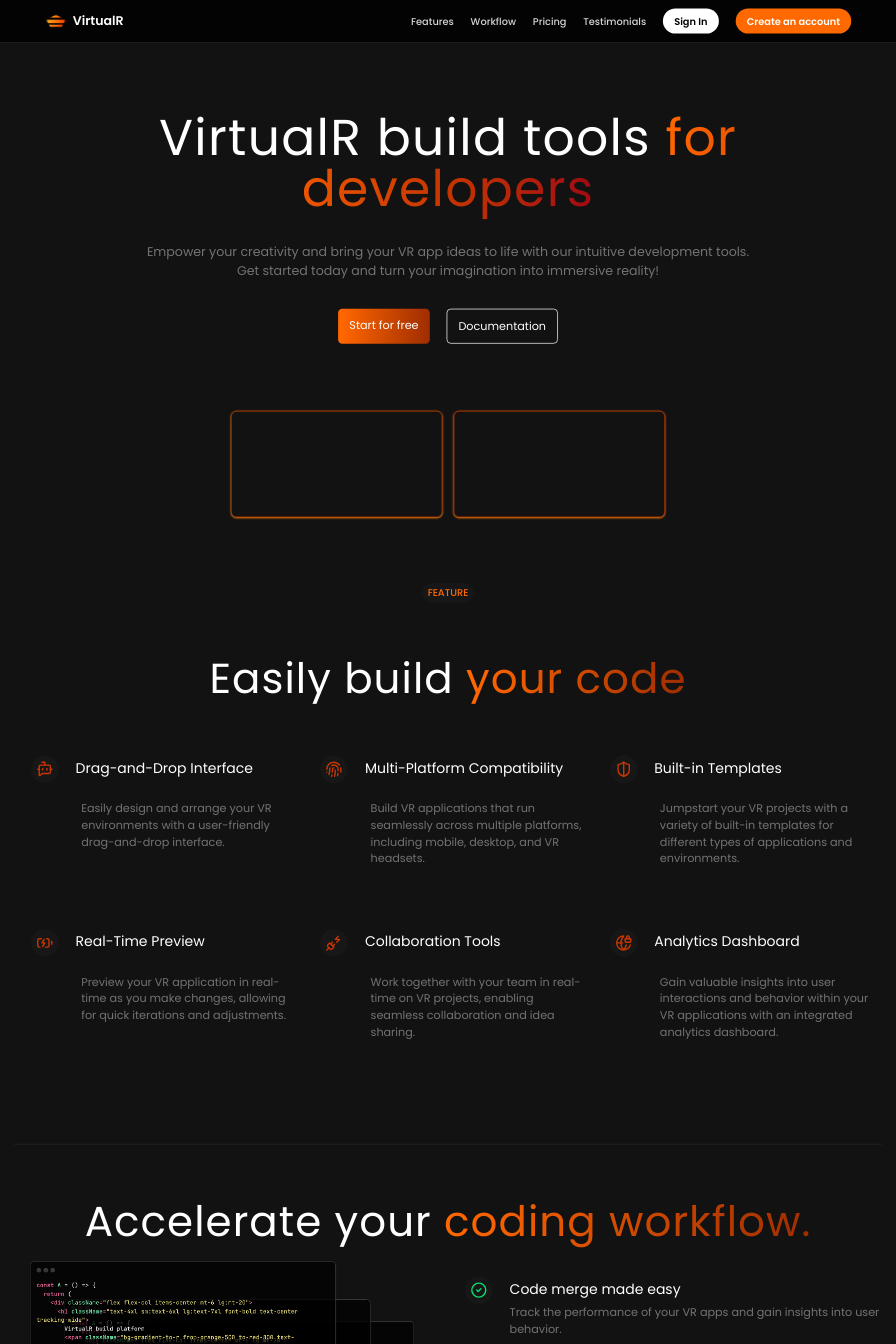
Repository: Khushichugh14/Virtualab
Page: /
An editor plug-in stored every save of this project. The page is shown before and after the next save, followed by the edit.
The browser window is 1280 px wide. The pictures show the part of the page from y = 0 to 1920 px (the page is 4334 px tall before and 4242 px after), at 70% of full size.
Pictures or frames that could not be fetched are drawn as grey boxes. The project was rebuilt for these pictures with package versions that can differ from the ones it lists, and the page was loaded fresh each time. Also part of the build but not shown: vite.config.js, src/pages/StartFree.jsx, src/pages/Documentation.jsx, src/pages/CreatAccount.jsx, src/pages/SignIn.jsx. Imported but missing from the stored project, and not drawn on this page: src/assets/video1.mp4, src/assets/video2.mp4.

Above is the page before, as saved 2025-12-10 12:39:41.

### index.html
<!doctype html>
<html lang="en">
  <head>
    <meta charset="UTF-8" />
    <link rel="icon" type="image/svg+xml" href="/vite.svg" />
    <meta name="viewport" content="width=device-width, initial-scale=1.0" />
    <title>virtular</title>
  </head>
  <body>
    <div id="root"></div>
    <script type="module" src="/src/main.jsx"></script>
  </body>
</html>

### src/main.jsx
import React from "react";
import ReactDOM from "react-dom/client";
import App from "./App";
import { BrowserRouter } from "react-router-dom";
import "./index.css";
import { Toaster } from "react-hot-toast";

ReactDOM.createRoot(document.getElementById("root")).render(
  <React.StrictMode>
    <BrowserRouter>
      <App />
       <Toaster position="top-right" />
    </BrowserRouter>
  </React.StrictMode>
);

### src/App.jsx
// App.jsx
import Navbar from "./components/Navbar";

import StartFree from "./pages/StartFree";
import Documentation from "./pages/Documentation";
import CreateAccount from "./pages/CreatAccount";
import SignIn from "./pages/SignIn";

import { Routes, Route } from "react-router-dom";
import HomePage from "./pages/HomePage";

const App = () => {
  return (
    <>
      <Navbar />

      <Routes>
        {/* Landing page */}
        <Route path="/" element={<HomePage />} />

        {/* Other pages */}
        <Route path="/start-free" element={<StartFree />} />
        <Route path="/documentation" element={<Documentation />} />
        <Route path="/create-account" element={<CreateAccount />} />
        <Route path="/signin" element={<SignIn />} />
      </Routes>
    </>
  );
};

export default App;

### src/index.css
@import url('https://fonts.googleapis.com/css2?family=Poppins:ital,wght@0,100;0,200;0,300;0,400;0,500;0,600;0,700;0,800;0,900;1,100;1,200;1,300;1,400;1,500;1,600;1,700;1,800;1,900&display=swap');

@import "tailwindcss";

:root {
  font-family: "Poppins", sans-serif;
  color-scheme: dark;
}

### src/components/Navbar.jsx
import { Menu, X } from "lucide-react";
import { useState } from "react";
import logo from "../assets/logo.png";
import { navItems } from "../constants";
import { Link, useNavigate } from "react-router-dom";

const Navbar = () => {
  const [mobileDrawerOpen, setMobileDrawerOpen] = useState(false);
  const navigate = useNavigate();

  const toggleNavbar = () => {
    setMobileDrawerOpen(!mobileDrawerOpen);
  };

  const isLoggedIn = localStorage.getItem("isLoggedIn") === "true";

  const handleLogout = () => {
    // clear login flag and redirect to sign-in
    localStorage.removeItem("isLoggedIn");
    navigate("/signin");
  };

  // 👇 scroll to section on the current page
  const handleNavClick = (href) => {
    // href can be "#features" or "features"
    const id = href.startsWith("#") ? href.slice(1) : href;
    const section = document.getElementById(id);
    if (section) {
      section.scrollIntoView({ behavior: "smooth", block: "start" });
    }
    // close mobile drawer if open
    if (mobileDrawerOpen) setMobileDrawerOpen(false);
  };

  return (
    <nav className="sticky top-0 z-50 border-b border-neutral-800 bg-black/80 backdrop-blur">
      <div className="mx-auto flex max-w-6xl items-center justify-between px-4 py-3 lg:px-0">
        {/* Logo – goes to home */}
        <Link to="/" className="flex items-center gap-2">
          <img src={logo} alt="VirtualR" className="h-8 w-8" />
          <span className="text-lg font-semibold text-white">VirtualR</span>
        </Link>

        {/* Desktop nav items */}
        <div className="hidden items-center gap-6 lg:flex">
          {navItems.map((item) => (
            <button
              key={item.label}
              type="button"
              onClick={() => handleNavClick(item.href)}
              className="text-sm font-medium text-neutral-300 hover:text-white"
            >
              {item.label}
            </button>
          ))}

          {/* Auth buttons */}
          {isLoggedIn ? (
            <button
              onClick={handleLogout}
              className="rounded-full px-4 py-2 text-sm font-semibold text-black bg-white hover:bg-neutral-200 transition"
            >
              Logout
            </button>
          ) : (
            <>
              <Link
                to="/signin"
                className="rounded-full px-4 py-2 text-sm font-semibold text-black bg-white hover:bg-neutral-200 transition"
              >
                Sign In
              </Link>
              <Link
                to="/create-account"
                className="rounded-full bg-orange-500 px-4 py-2 text-sm font-semibold text-white hover:bg-orange-600 transition"
              >
                Create an account
              </Link>
            </>
          )}
        </div>

        {/* Mobile menu button */}
        <button
          className="lg:hidden text-white"
          type="button"
          onClick={toggleNavbar}
        >
          {mobileDrawerOpen ? <X size={24} /> : <Menu size={24} />}
        </button>
      </div>

      {/* Mobile drawer */}
      {mobileDrawerOpen && (
        <div className="border-t border-neutral-800 bg-black lg:hidden">
          <div className="flex flex-col gap-3 px-4 py-3">
            {navItems.map((item) => (
              <button
                key={item.label}
                type="button"
                onClick={() => handleNavClick(item.href)}
                className="text-left text-sm font-medium text-neutral-300 hover:text-white"
              >
                {item.label}
              </button>
            ))}

            {isLoggedIn ? (
              <button
                onClick={handleLogout}
                className="mt-2 rounded-full px-4 py-2 text-sm font-semibold text-black bg-white hover:bg-neutral-200 transition"
              >
                Logout
              </button>
            ) : (
              <>
                <Link
                  to="/signin"
                  onClick={() => setMobileDrawerOpen(false)}
                  className="mt-2 rounded-full px-4 py-2 text-center text-sm font-semibold text-black bg-white hover:bg-neutral-200 transition"
                >
                  Sign In
                </Link>
                <Link
                  to="/create-account"
                  onClick={() => setMobileDrawerOpen(false)}
                  className="rounded-full bg-orange-500 px-4 py-2 text-center text-sm font-semibold text-white hover:bg-orange-600 transition"
                >
                  Create an account
                </Link>
              </>
            )}
          </div>
        </div>
      )}
    </nav>
  );
};

export default Navbar;

### src/pages/HomePage.jsx
import React from 'react'
import HeroSection from '../components/HeroSection'
import FeatureSection from '../components/FeatureSection'
import Workflow from '../components/Workflow'
import Pricing from '../components/Pricing'
import Testimonials from '../components/Testimonials'
import Footer from '../components/Footer'

const HomePage = () => {
  return (
    <div className="p-5">
        <HeroSection />
        <FeatureSection />
        <Workflow />
        <Pricing />
        <Testimonials />
        <Footer />
    </div>
  )
}

export default HomePage

### src/components/HeroSection.jsx
import { NavLink } from "react-router-dom";
import video1 from "../assets/video1.mp4";
import video2 from "../assets/video2.mp4";

const HeroSection = () => {
  return (
    <div className="flex flex-col items-center mt-6 lg:mt-20">
      <h1 className="text-4xl sm:text-6xl lg:text-7xl text-center tracking-wide">
        VirtualR build tools
        <span className="bg-gradient-to-r from-orange-500 to-red-800 text-transparent bg-clip-text">
          {" "}
          for developers
        </span>
      </h1>
      <p className="mt-10 text-lg text-center text-neutral-500 max-w-4xl">
        Empower your creativity and bring your VR app ideas to life with our
        intuitive development tools. Get started today and turn your imagination
        into immersive reality!
      </p>
      <div className="flex justify-center my-10">
        <NavLink
           to="/start-free"
          className="bg-gradient-to-r from-orange-500 to-orange-800 py-3 px-4 mx-3 rounded-md"
        >
          Start for free
        </NavLink>
        <NavLink  to="/documentation" className="py-3 px-4 mx-3 rounded-md border">
          Documentation
        </NavLink>
      </div>
      <div className="flex mt-10 justify-center">
        <video
          autoPlay
          loop
          muted
          className="rounded-lg w-1/2 border border-orange-700 shadow-sm shadow-orange-400 mx-2 my-4"
        >
          <source src={video1} type="video/mp4" />
          Your browser does not support the video tag.
        </video>
        <video
          autoPlay
          loop
          muted
          className="rounded-lg w-1/2 border border-orange-700 shadow-sm shadow-orange-400 mx-2 my-4"
        >
          <source src={video2} type="video/mp4" />
          Your browser does not support the video tag.
        </video>
      </div>
    </div>
  );
};

export default HeroSection;

### src/components/FeatureSection.jsx
import { features } from "../constants";

const FeatureSection = () => {
  return (
    <section id="featuresection" className="relative mt-20 border-b border-neutral-800 min-h-[800px]">
      <div className="text-center">
        <span className="bg-neutral-900 text-orange-500 rounded-full h-6 text-sm font-medium px-2 py-1 uppercase">
          Feature
        </span>
        <h2 className="text-3xl sm:text-5xl lg:text-6xl mt-10 lg:mt-20 tracking-wide">
          Easily build{" "}
          <span className="bg-gradient-to-r from-orange-500 to-orange-800 text-transparent bg-clip-text">
            your code
          </span>
        </h2>
      </div>
      <div className="flex flex-wrap mt-10 lg:mt-20">
        {features.map((feature, index) => (
          <div key={index} className="w-full sm:w-1/2 lg:w-1/3">
            <div className="flex">
              <div className="flex mx-6 h-10 w-10 p-2 bg-neutral-900 text-orange-700 justify-center items-center rounded-full">
                {feature.icon}
              </div>
              <div>
                <h5 className="mt-1 mb-6 text-xl">{feature.text}</h5>
                <p className="text-md p-2 mb-20 text-neutral-500">
                  {feature.description}
                </p>
              </div>
            </div>
          </div>
        ))}
      </div>
    </section>
  );
};

export default FeatureSection;

### src/components/Workflow.jsx
import { CheckCircle2 } from "lucide-react";
import codeImg from "../assets/code.jpg";
import { checklistItems } from "../constants";

const Workflow = () => {
  return (
    <section id="workflow" className="mt-20">
      <h2 className="text-3xl sm:text-5xl lg:text-6xl text-center mt-6 tracking-wide">
        Accelerate your{" "}
        <span className="bg-gradient-to-r from-orange-500 to-orange-800 text-transparent bg-clip-text">
          coding workflow.
        </span>
      </h2>
      <div className="flex flex-wrap justify-center">
        <div className="p-2 w-full lg:w-1/2">
          <img src={codeImg} alt="Coding" />
        </div>
        <div className="pt-12 w-full lg:w-1/2">
          {checklistItems.map((item, index) => (
            <div key={index} className="flex mb-12">
              <div className="text-green-400 mx-6 bg-neutral-900 h-10 w-10 p-2 justify-center items-center rounded-full">
                <CheckCircle2 />
              </div>
              <div>
                <h5 className="mt-1 mb-2 text-xl">{item.title}</h5>
                <p className="text-md text-neutral-500">{item.description}</p>
              </div>
            </div>
          ))}
        </div>
      </div>
    </section>
  );
};

export default Workflow;

### src/components/Pricing.jsx
import { CheckCircle2 } from "lucide-react";
import { pricingOptions } from "../constants";

const Pricing = () => {
  return (
    <section className="mt-20" id="pricing">
      <h2 className="text-3xl sm:text-5xl lg:text-6xl text-center my-8 tracking-wide">
        Pricing
      </h2>
      <div className="flex flex-wrap">
        {pricingOptions.map((option, index) => (
          <div key={index} className="w-full sm:w-1/2 lg:w-1/3 p-2">
            <div className="p-10 border border-neutral-700 rounded-xl">
              <p className="text-4xl mb-8">
                {option.title}
                {option.title === "Pro" && (
                  <span className="bg-gradient-to-r from-orange-500 to-red-400 text-transparent bg-clip-text text-xl mb-4 ml-2">
                    (Most Popular)
                  </span>
                )}
              </p>
              <p className="mb-8">
                <span className="text-5xl mt-6 mr-2">{option.price}</span>
                <span className="text-neutral-400 tracking-tight">/Month</span>
              </p>
              <ul>
                {option.features.map((feature, index) => (
                  <li key={index} className="mt-8 flex items-center">
                    <CheckCircle2 />
                    <span className="ml-2">{feature}</span>
                  </li>
                ))}
              </ul>
              <a
                href="#"
                className="inline-flex justify-center items-center text-center w-full h-12 p-5 mt-20 tracking-tight text-xl hover:bg-orange-900 border border-orange-900 rounded-lg transition duration-200"
              >
                Subscribe
              </a>
            </div>
          </div>
        ))}
      </div>
    </section>
  );
};

export default Pricing;

### src/components/Testimonials.jsx
import { testimonials } from "../constants";

const Testimonials = () => {
  return (
    <section className="mt-20 tracking-wide" id="testimonials">
      <h2 className="text-3xl sm:text-5xl lg:text-6xl text-center my-10 lg:my-20">
        What People are saying
      </h2>
      <div className="flex flex-wrap justify-center">
        {testimonials.map((testimonial, index) => (
          <div key={index} className="w-full sm:w-1/2 lg:w-1/3 px-4 py-2">
            <div className="bg-neutral-900 rounded-md p-6 text-md border border-neutral-800 font-thin">
              <p>{testimonial.text}</p>
              <div className="flex mt-8 items-start">
                <img
                  className="w-12 h-12 mr-6 rounded-full border border-neutral-300"
                  src={testimonial.image}
                  alt=""
                />
                <div>
                  <h6>{testimonial.user}</h6>
                  <span className="text-sm font-normal italic text-neutral-600">
                    {testimonial.company}
                  </span>
                </div>
              </div>
            </div>
          </div>
        ))}
      </div>
    </section>
  );
};

export default Testimonials;

### src/components/Footer.jsx
import { resourcesLinks, platformLinks, communityLinks } from "../constants";
const Footer = () => {
  return (
    <footer className="mt-20 border-t py-10 border-neutral-700">
      <div className="grid grid-cols-2 lg:grid-cols-3 gap-4">
        <div>
          <h3 className="text-md font-semibold mb-4">Resources</h3>
          <ul className="space-y-2">
            {resourcesLinks.map((link, index) => (
              <li key={index}>
                <a
                  href={link.href}
                  className="text-neutral-300 hover:text-white"
                >
                  {link.text}
                </a>
              </li>
            ))}
          </ul>
        </div>
        <div>
          <h3 className="text-md font-semibold mb-4">Platform</h3>
          <ul className="space-y-2">
            {platformLinks.map((link, index) => (
              <li key={index}>
                <a
                  href={link.href}
                  className="text-neutral-300 hover:text-white"
                >
                  {link.text}
                </a>
              </li>
            ))}
          </ul>
        </div>
        <div>
          <h3 className="text-md font-semibold mb-4">Community</h3>
          <ul className="space-y-2">
            {communityLinks.map((link, index) => (
              <li key={index}>
                <a
                  href={link.href}
                  className="text-neutral-300 hover:text-white"
                >
                  {link.text}
                </a>
              </li>
            ))}
          </ul>
        </div>
      </div>
    </footer>
  );
};

export default Footer;

Loaded but not shown: src/constants/index.jsx (181 lines, source omitted)

After the next save:
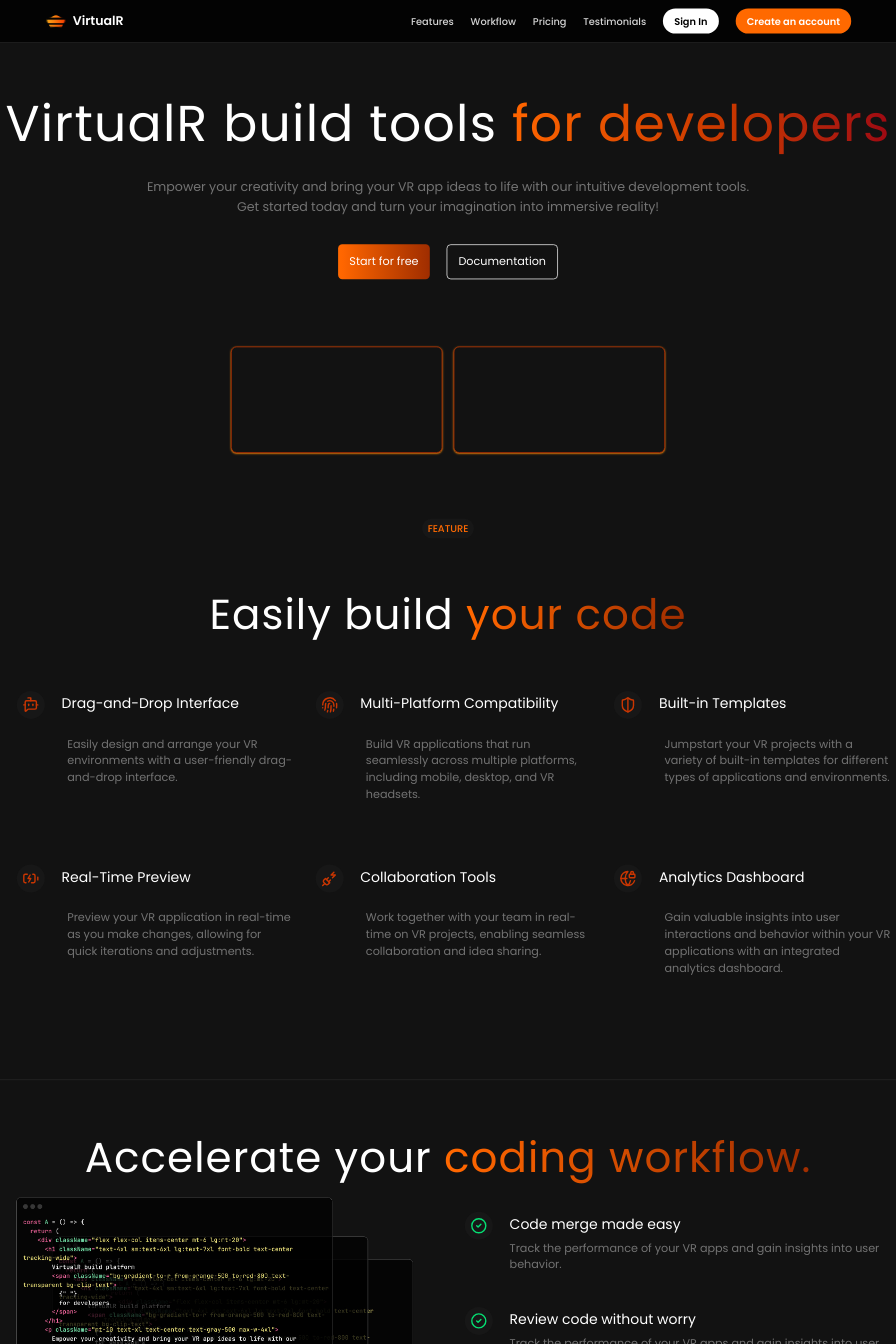
Saved 19 s later.
--- a/src/pages/HomePage.jsx
+++ b/src/pages/HomePage.jsx
@@ -1,22 +1,34 @@
-import React from 'react'
-import HeroSection from '../components/HeroSection'
-import FeatureSection from '../components/FeatureSection'
-import Workflow from '../components/Workflow'
-import Pricing from '../components/Pricing'
-import Testimonials from '../components/Testimonials'
-import Footer from '../components/Footer'
+import HeroSection from "../components/HeroSection";
+import FeatureSection from "../components/FeatureSection";
+import Workflow from "../components/Workflow";
+import Pricing from "../components/Pricing";
+import Testimonials from "../components/Testimonials";
+import Footer from "../components/Footer";
 
 const HomePage = () => {
   return (
-    <div className="p-5">
-        <HeroSection />
+    <>
+      <HeroSection />
+
+      <section id="features">
         <FeatureSection />
+      </section>
+
+      <section id="workflow">
         <Workflow />
+      </section>
+
+      <section id="pricing">
         <Pricing />
+      </section>
+
+      <section id="testimonials">
         <Testimonials />
-        <Footer />
-    </div>
-  )
-}
+      </section>
 
-export default HomePage
+      <Footer />
+    </>
+  );
+};
+
+export default HomePage;
